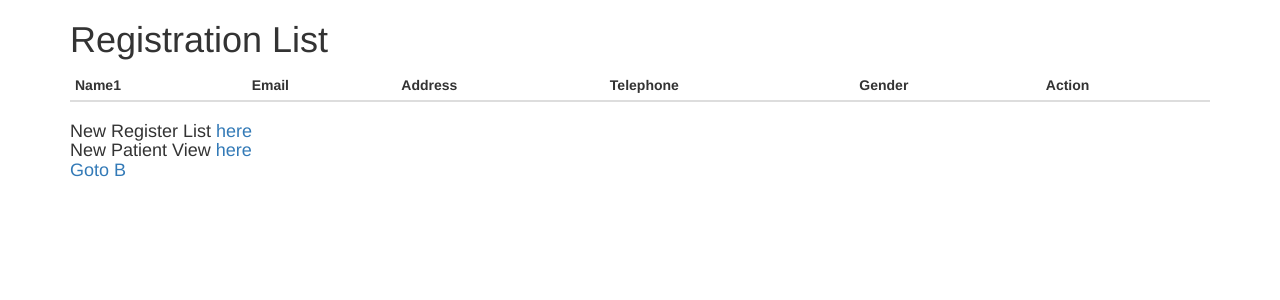
Repository: SACHINnANYAKKARA/2nd_Year_final_Project
Page: http://localhost/SpringMVCHibernateCRUD/WEB-INF/pages/home.jsp
These files come from the project's save history. The page is drawn as it stood at one moment and after the next save; the edit follows.
The browser window is 1280 px wide. The pictures show the whole page.
The page is served by Tomcat 9. Nobody is signed in. Other server files are loaded and not shown. The template is opened directly, without the code that normally fills it, so the values that code supplies are empty.

Above is the page before, as saved 2018-03-28 14:40:58.

### SpringMVCHibernateCRUD/src/main/webapp/WEB-INF/pages/home.jsp
<%@page contentType="text/html" pageEncoding="UTF-8"%>
<!DOCTYPE HTML PUBLIC "-//W3C//DTD HTML 4.01 Transitional//EN"
   "http://www.w3.org/TR/html4/loose.dtd">
<%@ taglib uri="http://java.sun.com/jsp/jstl/core" prefix="c" %>

<html>
<head>
<meta http-equiv="Content-Type" content="text/html; charset=UTF-8">
<meta charset="utf-8">
  <meta name="viewport" content="width=device-width, initial-scale=1">
  <link rel="stylesheet" href="https://maxcdn.bootstrapcdn.com/bootstrap/3.3.7/css/bootstrap.min.css">
  <script src="https://ajax.googleapis.com/ajax/libs/jquery/3.3.1/jquery.min.js"></script>
  <script src="https://maxcdn.bootstrapcdn.com/bootstrap/3.3.7/js/bootstrap.min.js"></script>
<title>Employee Management Screen</title>
</head>
<body>
	<div class="container">
		<h1>Registration List</h1>

		 <table class="table table-condensed">
    <thead>
          <tr>
			<th>Name1</th>
			<th>Email</th>
			<th>Address</th>
			<th>Telephone</th>
			<th>Gender</th>
			<th>Action</th>
           </tr>
          </thead>

           <tbody>
			<c:forEach var="stock" items="${listStock}">
				<tr>

					<td>${stock.full_name}</td>
					<td>${stock.email}</td>
					<td>${stock.address}</td>
					<td>${stock.telephone}</td>
					<td>${stock.gender}</td>
					<td><a href="editStock?ids=${stock.ids}">Edit</a>
						 <a
						href="deleteStock?ids=${stock.ids}">Delete</a></td>

				</tr>
			</c:forEach>
             </tbody>
		</table>
		<h4>
			New Register List <a href="newStock">here</a>
			</br>
			New Patient View <a href="Patients">here</a>
		    </br>
		    <a href="Patient.jsp">Goto B</a>


		</h4>
	</div>
</body>
</html>

After the next save:
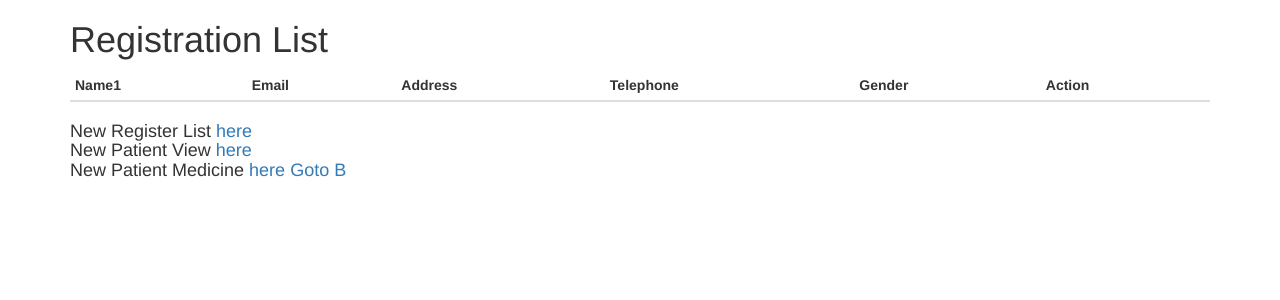
Saved 4 min 55 s later.
--- a/SpringMVCHibernateCRUD/src/main/webapp/WEB-INF/pages/home.jsp
+++ b/SpringMVCHibernateCRUD/src/main/webapp/WEB-INF/pages/home.jsp
@@ -51,6 +51,8 @@
 			</br>
 			New Patient View <a href="Patients">here</a>
 		    </br>
+
+		    New Patient Medicine <a href="PatientsMedicines">here</a>
 		    <a href="Patient.jsp">Goto B</a>
 
 
